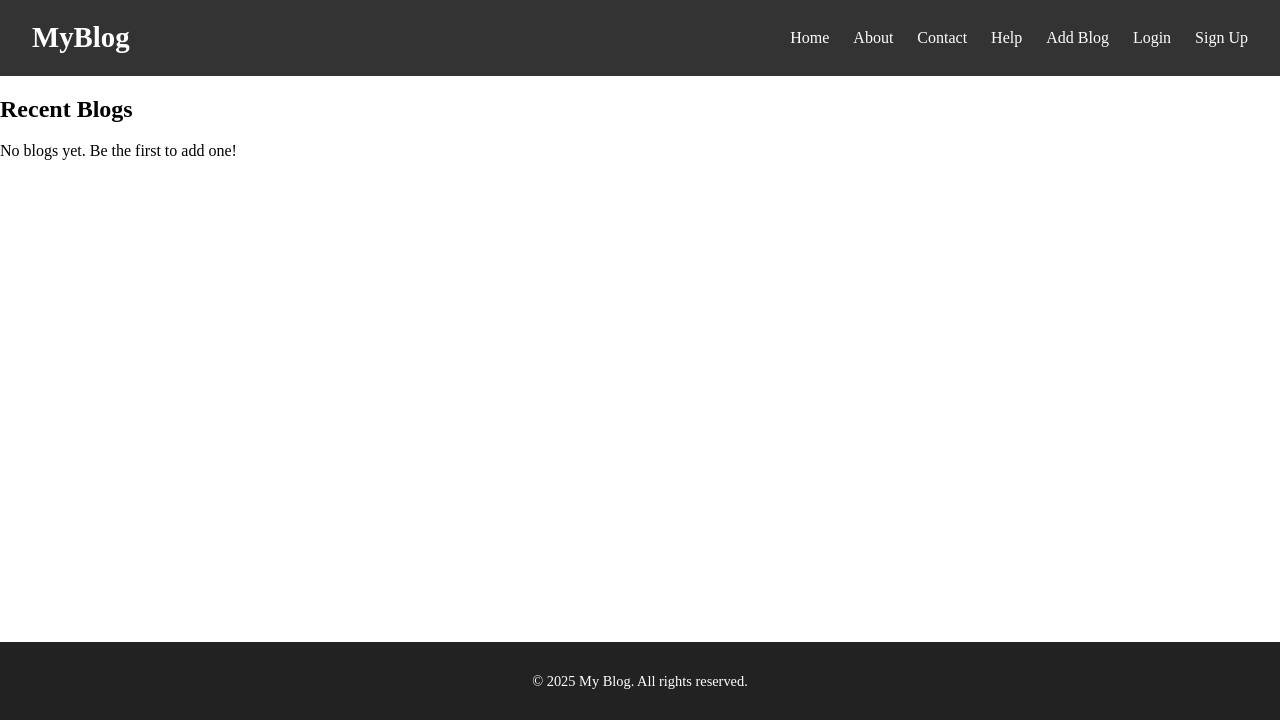
Repository: ankitg-02/FLASK
Page: http://localhost/
The author's editor kept a copy of each file at every save. The page is drawn from the files as they stood at one save, then again after a run of saves.
The browser window is 1280 px wide. The pictures show the whole page.
The page is served by the project's application, run on Flask 3 (app.py). Queries for data that is not in the repository find no rows.

Above is the page before, as saved 2025-05-19 22:06:17.

### Project2/templates/index.html
{% extends "base.html" %} {% block title %}Home | My Blog{% endblock %} {% block
content %}
<h2 class="text-center mb-4">Recent Blogs</h2>
{% for blog in blogs %}
<div class="card-mb-3" ,align-items="center" style="width: 18rem">
  <h5 class="card-title" ,align-items="center">{{ blog.title }}</h5>
  <p class="card-text">{{ blog.content }}</p>
</div>
{% else %}
<p class="text-center">No blogs yet. Be the first to add one!</p>
{% endfor %} {% endblock %}

### Project2/templates/base.html
<!DOCTYPE html>
<html lang="en">
  <head>
    <meta charset="UTF-8" />
    <title>{% block title %}My Blog{% endblock %}</title>
    <link
      rel="stylesheet"
      href="{{ url_for('static', filename='css/style.css') }}"
    />
    <meta name="viewport" content="width=device-width, initial-scale=1" />
  </head>
  <body>
    <div class="wrapper">
      <nav class="navbar">
        <div class="nav-container">
          <a href="{{ url_for('index') }}" class="nav-logo">MyBlog</a>
          <ul class="nav-menu" id="nav-menu">
            <li><a href="{{ url_for('index') }}" class="nav-link">Home</a></li>
            <li><a href="{{ url_for('about') }}" class="nav-link">About</a></li>
            <li>
              <a href="{{ url_for('contact') }}" class="nav-link">Contact</a>
            </li>
            <li><a href="{{ url_for('help') }}" class="nav-link">Help</a></li>
            <li>
              <a href="{{ url_for('add_blog') }}" class="nav-link">Add Blog</a>
            </li>

            {% if current_user.is_authenticated %}
            <li>
              <a href="{{ url_for('logout') }}" class="nav-link nav-link-button"
                >Logout</a
              >
            </li>
            {% else %}
            <li><a href="{{ url_for('login') }}" class="nav-link">Login</a></li>
            <li>
              <a href="{{ url_for('signup') }}" class="nav-link nav-link-button"
                >Sign Up</a
              >
            </li>
            {% endif %}
          </ul>
          <div class="nav-toggle" id="nav-toggle">
            <span></span>
            <span></span>
            <span></span>
          </div>
        </div>
      </nav>

      <main>{% block content %}{% endblock %}</main>

      <footer class="footer">
        <p>&copy; 2025 My Blog. All rights reserved.</p>
      </footer>
    </div>

    <script>
      const navToggle = document.getElementById("nav-toggle");
      const navMenu = document.getElementById("nav-menu");

      navToggle.addEventListener("click", () => {
        navMenu.classList.toggle("nav-menu_visible");
        navToggle.classList.toggle("nav-toggle_active");
      });
    </script>
  </body>
</html>

### Project2/app.py
from flask import Flask, render_template, request, redirect, url_for, flash
from flask_sqlalchemy import SQLAlchemy
from flask_login import LoginManager, UserMixin, login_user, login_required, logout_user, current_user
from werkzeug.security import generate_password_hash, check_password_hash
from datetime import datetime

app = Flask(__name__)
app.secret_key = "secretkey"

# Database configuration
app.config['SQLALCHEMY_DATABASE_URI'] = 'sqlite:///blogs.db'
app.config['SQLALCHEMY_TRACK_MODIFICATIONS'] = False
db = SQLAlchemy(app)

# Flask-Login setup
login_manager = LoginManager()
login_manager.init_app(app)
login_manager.login_view = 'login'

# User model
class User(db.Model, UserMixin):
    id = db.Column(db.Integer, primary_key=True)
    username = db.Column(db.String(100), unique=True, nullable=False)
    email = db.Column(db.String(120), unique=True, nullable=False)
    password = db.Column(db.String(200), nullable=False)

# Blog model
class Blog(db.Model):
    id = db.Column(db.Integer, primary_key=True)
    author = db.Column(db.String(100), nullable=False)
    email = db.Column(db.String(120), nullable=False)
    phone = db.Column(db.String(15), nullable=False)
    title = db.Column(db.String(200), nullable=False)
    content = db.Column(db.Text, nullable=False)
    date_posted = db.Column(db.DateTime, default=datetime.utcnow)

@login_manager.user_loader
def load_user(user_id):
    return User.query.get(int(user_id))

# Routes
@app.route('/')
def index():
    blogs = Blog.query.order_by(Blog.date_posted.desc()).all()
    return render_template('index.html', blogs=blogs)

@app.route('/about')
def about():
    return render_template('about.html')

@app.route('/contact')
def contact():
    return render_template('contact.html')

@app.route('/help')
def help():
    return render_template('help.html')

@app.route('/add_blog', methods=['GET', 'POST'])
@login_required
def add_blog():
    if request.method == 'POST':
        author = request.form['author']
        email = request.form['email']
        phone = request.form['phone']
        title = request.form['title']
        content = request.form['content']

        new_blog = Blog(
            author=author,
            email=email,
            phone=phone,
            title=title,
            content=content
        )

        try:
            db.session.add(new_blog)
            db.session.commit()
            flash("✅ Blog added successfully!", "success")
            return redirect(url_for('index'))
        except Exception as e:
            flash(f"❌ Error: {str(e)}", "danger")
            return redirect(url_for('add_blog'))

    return render_template('add_blog.html')

@app.route('/signup', methods=['GET', 'POST'])
def signup():
    if request.method == 'POST':
        username = request.form['username']
        email = request.form['email']
        password = generate_password_hash(request.form['password'])

        user = User(username=username, email=email, password=password)
        try:
            db.session.add(user)
            db.session.commit()
            flash("✅ Account created. Please log in.", "success")
            return redirect(url_for('login'))
        except:
            flash("❌ Username or Email already exists.", "danger")
            return redirect(url_for('signup'))

    return render_template('signup.html')

@app.route('/login', methods=['GET', 'POST'])
def login():
    if request.method == 'POST':
        email = request.form['email']
        password = request.form['password']
        user = User.query.filter_by(email=email).first()
        if user and check_password_hash(user.password, password):
            login_user(user)
            flash("✅ Logged in successfully.", "success")
            return redirect(url_for('index'))
        else:
            flash("❌ Invalid credentials.", "danger")
            return redirect(url_for('login'))
    return render_template('login.html')

@app.route('/logout')
@login_required
def logout():
    logout_user()
    flash("🔒 Logged out.", "info")
    return redirect(url_for('index'))

# Run app
if __name__ == '__main__':
    with app.app_context():
        db.create_all()
    app.run(debug=True)

### Project2/static/css/style.css
html, body {
  height: 100%;
  margin: 0;
  padding: 0;
}

.wrapper {
  display: flex;
  flex-direction: column;
  min-height: 100vh;
}
main {
  flex: 1;
}

.navbar {
  background-color: #333;
  color: white;
  padding: 0.8rem 2rem;
  position: sticky;
  top: 0;
  z-index: 1000;
}

.nav-container {
  display: flex;
  justify-content: space-between;
  align-items: center;
}

.nav-logo {
  font-size: 1.8rem;
  font-weight: bold;
  color: white;
  text-decoration: none;
}

.nav-menu {
  list-style: none;
  display: flex;
  gap: 1.5rem;
}

.nav-link {
  text-decoration: none;
  color: white;
  transition: color 0.3s ease;
}

.nav-link:hover {
  color: #00bfff;
}

.nav-button {
  background-color: #00bfff;
  padding: 0.5rem 1rem;
  border-radius: 5px;
  color: white;
}

.nav-toggle {
  display: none;
  flex-direction: column;
  cursor: pointer;
}

.nav-toggle .bar {
  height: 3px;
  width: 25px;
  background-color: white;
  margin: 4px 0;
  transition: all 0.3s;
}

/* Mobile view */
@media (max-width: 768px) {
  .nav-menu {
    flex-direction: column;
    position: absolute;
    top: 60px;
    right: 0;
    background-color: #333;
    width: 100%;
    max-height: 0;
    overflow: hidden;
    transition: max-height 0.3s ease;
  }

  .nav-menu-visible {
    max-height: 400px;
  }

  .nav-toggle {
    display: flex;
  }

  .nav-menu li {
    margin: 1rem 0;
    text-align: center;
  }
}

.main-content {
  padding: 2rem;
  text-align: center;
}

.footer {
  background-color: #222;
  color: #fff;
  padding: 1rem;
  text-align: center;
  font-size: 0.9rem;
}
.form-container {
  max-width: 500px;
  margin: 2rem auto;
  background-color: #ffffff;
  padding: 2rem;
  border-radius: 10px;
  box-shadow: 0 8px 20px rgba(0, 0, 0, 0.05);
  text-align: center;
}

.form-container h2 {
  margin-bottom: 1rem;
  color: #333;
}

.form-container form {
  display: flex;
  flex-direction: column;
  gap: 1rem;
}

.form-container input,
.form-container textarea {
  padding: 0.75rem;
  border: 1px solid #ccc;
  border-radius: 8px;
  font-size: 1rem;
}

.form-container textarea {
  resize: vertical;
}

.form-button {
  background-color: #00bfff;
  color: white;
  padding: 0.75rem;
  border: none;
  border-radius: 8px;
  cursor: pointer;
  transition: background-color 0.3s ease;
  font-size: 1rem;
}

.form-button:hover {
  background-color: #009ace;
}

.form-container p {
  margin-top: 1rem;
  font-size: 0.95rem;
}

.form-container a {
  color: #00bfff;
  text-decoration: none;
}
.card-mb-3 {
  max-width: 800px;
  margin: 40px auto; /* centers horizontally */
  padding: 20px;
  text-align: center;
}

.card-mb-3 h1,
.card-mb-3 h2,
.card-mb-3 p {
  margin-bottom: 15px;
  color: #333;
}

After the next 2 saves:
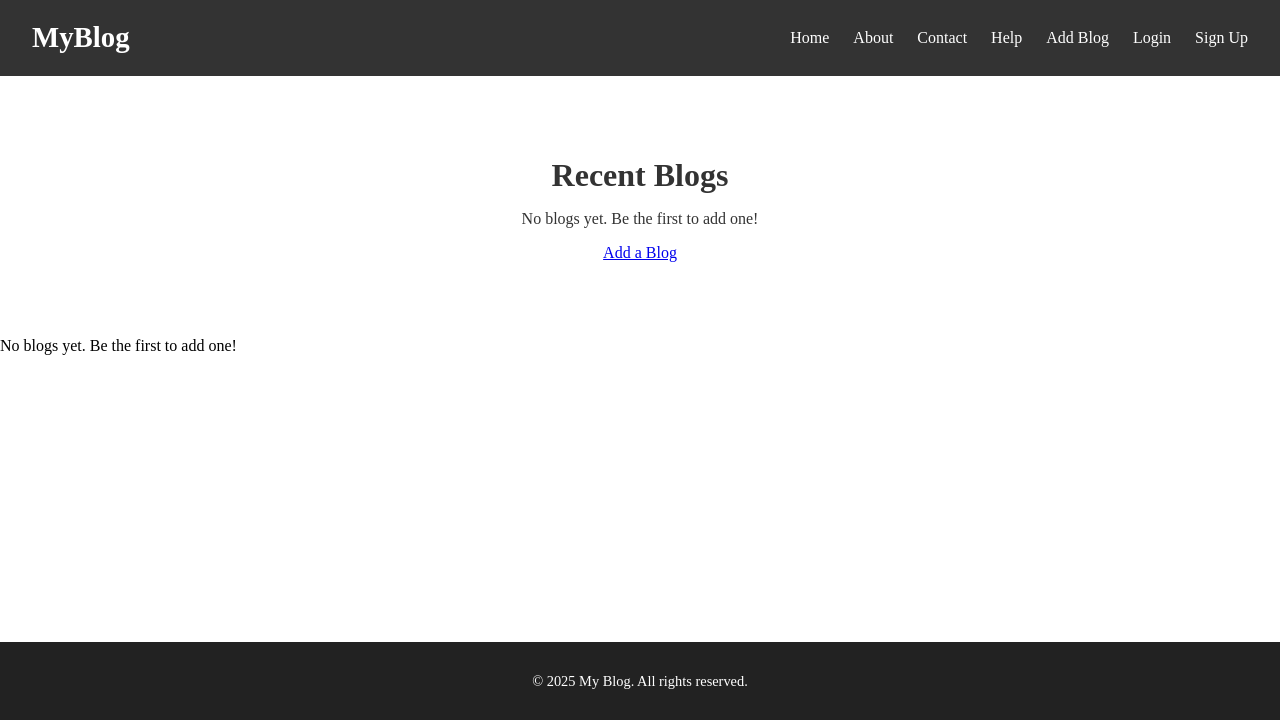
The 2 saves are shown as one change because 1 did not build or start.
The last was saved 8 min 48 s later.
--- a/Project2/templates/index.html
+++ b/Project2/templates/index.html
@@ -1,11 +1,18 @@
 {% extends "base.html" %} {% block title %}Home | My Blog{% endblock %} {% block
 content %}
-<h2 class="text-center mb-4">Recent Blogs</h2>
-{% for blog in blogs %}
 <div class="card-mb-3" ,align-items="center" style="width: 18rem">
-  <h5 class="card-title" ,align-items="center">{{ blog.title }}</h5>
-  <p class="card-text">{{ blog.content }}</p>
+  <h1 class="text-center mb-4" ,align-items="center">Recent Blogs</h1>
+  {% for blog in blogs %}
+  <div class="card-mb-3" ,align-items="center" style="width: 18rem">
+    <h2 class="card-title" ,align-items="center">{{ blog.title }}</h2>
+    <p class="card-text">{{ blog.content }}</p>
+  </div>
+  {% else %}
+  <p class="text-center">No blogs yet. Be the first to add one!</p>
+  {% endfor %}
+  <p class="text-center">
+    <a href="{{ url_for('add_blog') }}" class="btn btn-primary">Add a Blog</a>
+  </p>
 </div>
-{% else %}
 <p class="text-center">No blogs yet. Be the first to add one!</p>
-{% endfor %} {% endblock %}
+{% endblock %}
